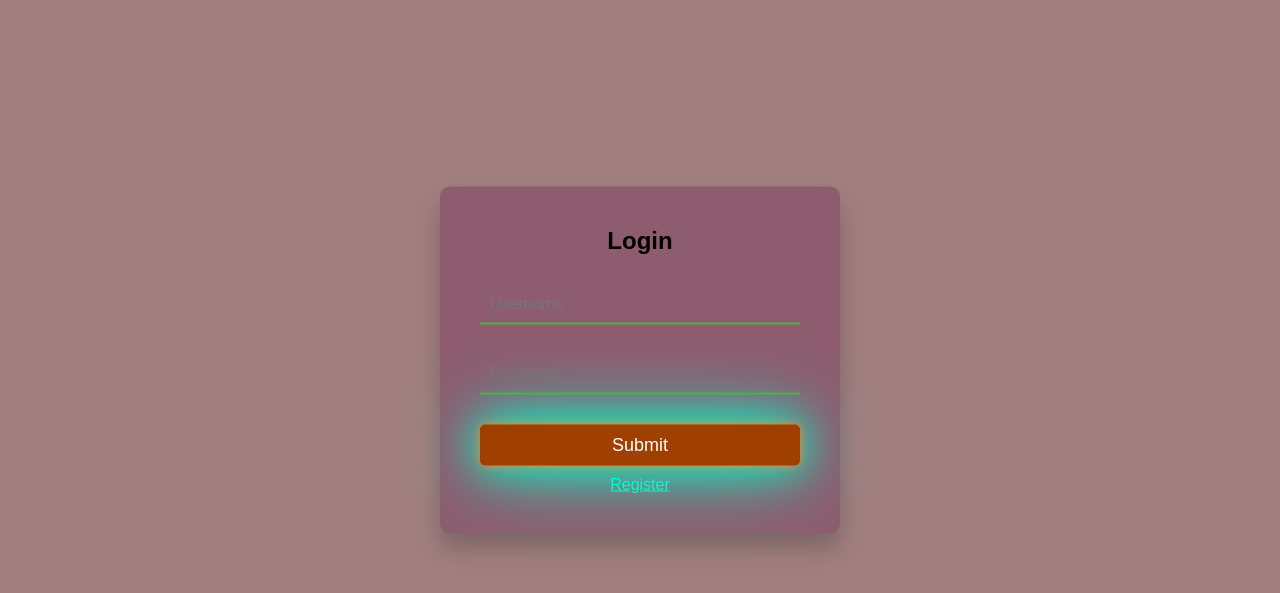
Repository: SRBshakib/Safe-Food---DBMS-project
Page: Organaization/login.html
These files come from the project's save history. The page is drawn as it stood at one moment and after the next save; the edit follows.
The browser window is 1280 px wide. The pictures show the whole page.
The pointer rests on the first visible `.btn`.

Above is the page before, as saved 2024-11-10 21:58:27.

After the next save:
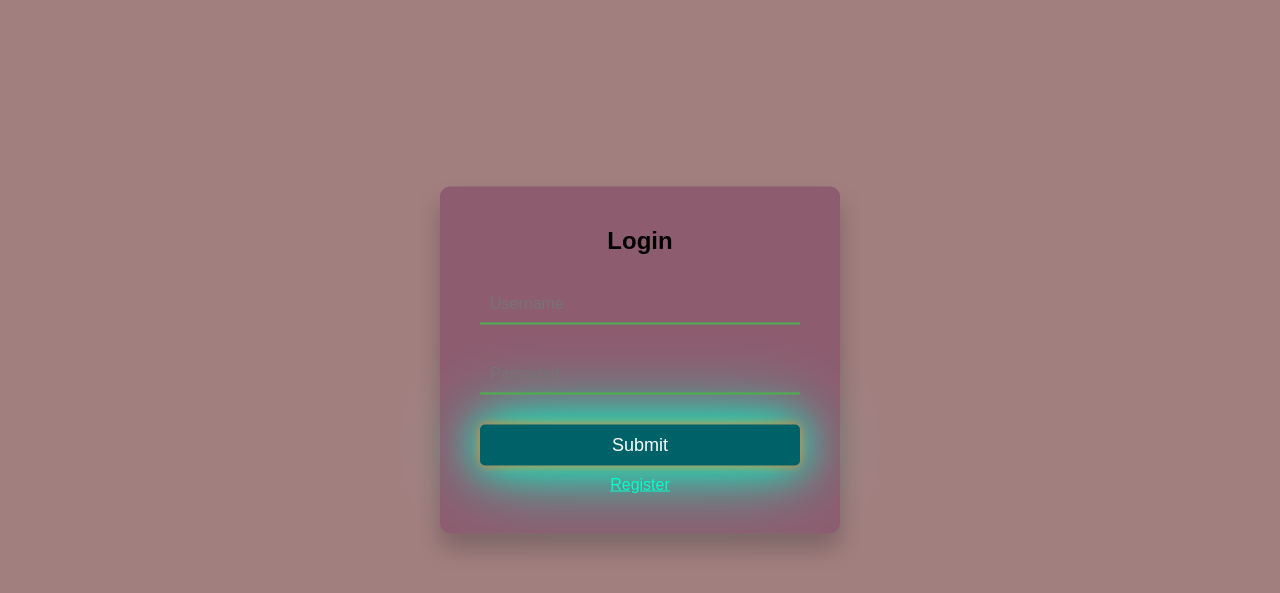
Saved 13 s later.
--- a/Organaization/style_login.css
+++ b/Organaization/style_login.css
@@ -64,7 +64,7 @@ body {
 }
 
 .btn:hover {
-    background: #a04000;
+    background: #006269;
     box-shadow: 0 0 10px #ff7f29, 0 0 40px #00ffcc, 0 0 80px #00ffcc;
 }
 
